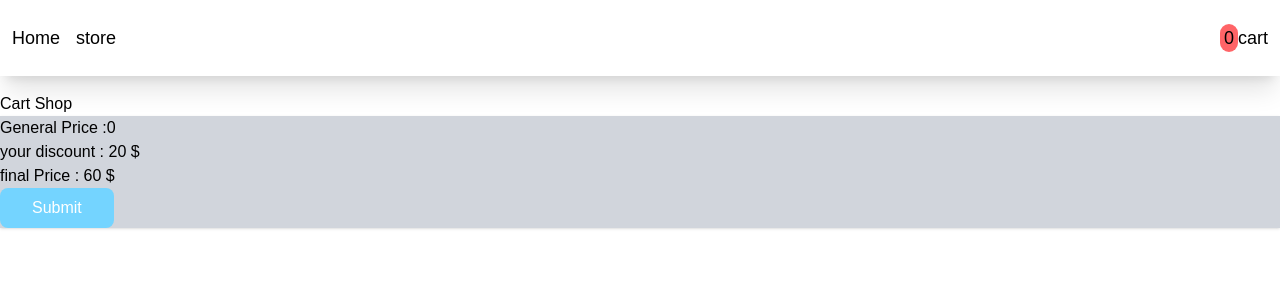
Repository: Rohullah-Noori/Nextjs-online-shop
Page: /cart
These files come from the project's save history. The page is drawn as it stood at one moment and after the next save; the edit follows.
The browser window is 1280 px wide. The pictures show the whole page.
The project was rebuilt for these pictures with package versions that can differ from the ones it lists, and the page was loaded fresh each time. The framework's server and built-in components were replaced by stand-ins that run in the browser. Requests to the local data server were answered from the project's data file. Also part of the build but not shown: next.config.ts, src/app/components/AddToCart.tsx, src/app/components/CartItem.tsx.

Above is the page before, as saved 2025-05-13 16:21:57.

### src/app/cart/page.tsx
"use client";

import React, { useEffect, useState } from "react";
import Container from "../components/Container";
import CartItem from "../components/CartItem";
import { useShopingContextCustim } from "../context/page";
import axios from "axios";
import { IProductsProps } from "../components/Products";
import { formatNumber } from "@/utils/number";

export default function Cart() {
  const { cart } = useShopingContextCustim();

  const [data, setData] = useState<IProductsProps[]>([]);

  useEffect(() => {
    axios(`http://localhost:3004/products`).then((res) => {
      const { data } = res;
      setData(data);
    });
  }, []);

  console.log(data);

  return (
    <Container>
      <h1>Cart Shop</h1>
      {cart.map((item) => (
        <CartItem key={item.id} {...item} />
      ))}

      <div className="shadow bg-gray-300  gap-y-2 ">
        <p>
          General Price :
          <span>
            {formatNumber(
              cart.reduce((total, item) => {
                const selectedproduct = data.find(
                  (product) => product.id == item.id.toString()
                );
                return total + (selectedproduct?.price ?? 0) * item.qty;
              }, 0)
            )}
          </span>
        </p>
        <p>
          your discount : <span>20 $</span>{" "}
        </p>
        <p>
          final Price : <span>60 $</span>
        </p>
        <div className=" flex justify-start gap-x-3">
          <button className=" px-8 py-2 rounded-lg bg-sky-300 text-white">
            Submit
          </button>
          {/* <input
            type="text"
            value={"please enter your discount code"}
            className="w-[300px] bg-sky-50 rounded-lg px-3 text-gray-400"
          /> */}
        </div>
      </div>
    </Container>
  );
}

### src/app/components/Layout.tsx
import React from "react";
import Navbar from "./Navbar";

interface IlayoutProps {
  children: React.ReactNode;
}

export default function Layout({ children }: IlayoutProps) {
  return (
    <div>
      <Navbar />
      {children}
    </div>
  );
}

### src/app/context/page.tsx
"use client";
import React, { createContext, useContext, useState } from "react";

type IshopContextProps = {
  children: React.ReactNode;
};

type cartItems = {
  id: number;
  qty: number;
};

type TshopingContext = {
  cart: cartItems[];
  HandleincreasetoCard: (id: number) => void;
  getProductqty: (id: number) => number;
  totalitemsqty: number;
  handledecreasetoCard: (id: number) => void;
  RemovehandleSubmit: (id: number) => void;
};

const shopingContext = createContext({} as TshopingContext);

export const useShopingContextCustim = () => {
  return useContext(shopingContext);
};

export default function ConextShop({ children }: IshopContextProps) {
  const [cart, setCart] = useState<cartItems[]>([]);

  const getProductqty = (id: number) => {
    return cart.find((item) => item.id == id)?.qty ?? 0;
  };

  const totalitemsqty = cart.reduce((totalgqty, item) => {
    return totalgqty + item.qty;
  }, 0);

  const HandleincreasetoCard = (id: number) => {
    setCart((prev) => {
      const isnotExist = prev.find((item) => item.id === id) == null;
      if (isnotExist) {
        return [...prev, { id: id, qty: 1 }];
      } else {
        return prev.map((item) => {
          if (item.id == id) {
            return { ...item, qty: item.qty + 1 };
          } else {
            return item;
          }
        });
      }
    });
  };

  const handledecreasetoCard = (id: number) => {
    setCart((prev) => {
      const islastOne = prev.find((item) => item.id == id)?.qty == 1;
      if (islastOne) {
        return prev.filter((item) => item.id != id);
      } else {
        return prev.map((item) => {
          if (item.id == id) {
            return {
              ...item,
              qty: item.qty - 1,
            };
          } else {
            return item;
          }
        });
      }
    });
  };

  const RemovehandleSubmit = (id: number) => {
    setCart((prev) => {
      return prev.filter((item) => item.id != id);
    });
  };

  return (
    <shopingContext.Provider
      value={{
        cart,
        HandleincreasetoCard,
        getProductqty,
        totalitemsqty,
        handledecreasetoCard,
        RemovehandleSubmit,
      }}
    >
      {children}
    </shopingContext.Provider>
  );
}

### src/app/components/Container.tsx
import React from "react";
interface IContainerProps {
  children: React.ReactNode;
}

export default function Container({ children }: IContainerProps) {
  return <div className="container mx-auto">{children}</div>;
}

### src/utils/number.tsx
export function formatNumber(num: number) {
  return num.toString().replace(/\B(?=(\d{3})+(?!\d))/g, ",");
}

### src/app/components/Navbar.tsx
"use client";
import Link from "next/link";
import { usePathname } from "next/navigation";

import React from "react";
import Container from "./Container";
import { useShopingContextCustim } from "../context/page";

export default function Navbar() {
  const { totalitemsqty } = useShopingContextCustim();
  const pathname = usePathname();
  const navlinks = [
    {
      title: "Home",
      href: "/",
    },
    {
      title: "store",
      href: "/store",
    },
  ];

  return (
    <nav className="  flex p-3 mb-4 text-lg  shadow-xl  ">
      <Container>
        <div className="flex justify-between my-3 ">
          <div>
            {navlinks.map((item) => (
              <Link
                key={item.href}
                className={`mr-4 ${
                  pathname === item.href ? "text-sky-400" : ""
                }`}
                href={item.href}
              >
                {item.title}
              </Link>
            ))}
          </div>
          <div>
            <span className="bg-red-400 rounded-4xl p-1">{totalitemsqty}</span>
            <Link href="/cart">cart</Link>
          </div>
        </div>
      </Container>
    </nav>
  );
}

### database/db.json
{
  "products": [
    {
      "id": "1",
      "title": " Product 1",
      "price": 30,
      "description": "Kitchen sinks are essential for washing dishes, vegetables, and hands.\nKitchen lamps provide focused lighting for cooking and food preparation.\nCabinets store utensils, cookware, and pantry items in an organized way.\nCountertops offer space for chopping, mixing, and serving meals.\nStoves and ovens are central for cooking a variety of dishes.\nRefrigerators keep food fresh and beverages cold.\nThese materials make the kitchen functional, efficient, and enjoyable to use.",
      "image": "https://m.media-amazon.com/images/I/71r1BLOWnkL._AC_UF894,1000_QL80_.jpg"
    },
    {
      "id": "2",
      "title": " Product 2",
      "price": 10,
      "description": "Household cleaners like glass and ceramic cleaners help keep surfaces shiny and free from stains.\nThey remove dirt, grease, and bacteria, making the home healthier.\nGlass cleaners leave mirrors and windows streak-free and crystal clear.\nCeramic cleaners restore the shine of tiles and prevent mold growth.\nRegular use of these products extends the life of surfaces.\nThey also reduce unpleasant odors and leave a fresh scent.\nUsing the right cleaner makes cleaning faster and more effective.",
      "image": "https://media.istockphoto.com/id/510693044/photo/house-cleaning-product-on-wood-table.jpg?s=612x612&w=0&k=20&c=EZfeRCDgSMPnqG684zQBOqyNfDGx9JWTXS1Q2Lhrjy4="
    },
    {
      "id": "3",
      "title": " Product 3",
      "price": 20,

      "description": "Household cleaning tools like toothbrushes and bathroom brushes help maintain personal and home hygiene.\nToilet brushes are essential for keeping toilets clean and germ-free.\nShampoo is not only for hair but can also be used for gentle surface cleaning.\nCeramic cleaners remove stains and keep tiles shiny and fresh.\nKitchen floor cleaners remove grease and food residue for a safer cooking space.\nYard floor cleaners help",

      "image": "https://t3.ftcdn.net/jpg/01/91/32/34/360_F_191323402_W2ATUPr8dGHALHrvyX4WVlEDz4qXmmd9.jpg"
    },
    {
      "id": "4",
      "title": " Product 4",
      "price": 100,
      "description": "Bedroom essentials like pillows and beds provide comfort and support for restful sleep.\nSoft blankets and bed sheets add warmth and relaxation.\nCurtains help control light and add privacy to your room.\nClosets and drawers keep clothes and accessories organized.\nNightstands are useful for holding lamps, books, or phones.\nCarpets add a cozy feeling and reduce noise in the room.\nThese home materials make the bedroom more comfortable and functional.",
      "image": "https://a-static.besthdwallpaper.com/colorful-cartoon-design-with-open-door-and-household-items-wallpaper-1152x768-102826_36.jpg"
    },
    {
      "id": "5",
      "title": " Product 5",
      "price": 80,
      "description": "Chairs provide comfortable seating and come in various styles for different rooms.\nLamps add both light and ambiance, making spaces feel warm and inviting.\nWall art and paintings bring personality and color to your home.\nShelves and stands help organize books, plants, and decorative items.\nRugs define areas and add texture to floors.\nMirrors enhance light and make rooms appear more spacious.\nDecorations reflect your style and turn a house into a home.",
      "image": "https://plus.unsplash.com/premium_photo-1683133958062-12afa652a4fb?fm=jpg&q=60&w=3000&ixlib=rb-4.0.3&ixid=M3wxMjA3fDB8MHxzZWFyY2h8OXx8aG9tZSUyMGRlY29yfGVufDB8fDB8fHww"
    },
    {
      "id": "6",
      "title": " Product 6",
      "price": 5,
      "description": "Fruits are a natural source of vitamins, minerals, and fiber. They come in a variety of colors, shapes, and flavors. Eating fruits regularly helps boost your immune system. Some common fruits include apples, bananas, oranges, and grapes. Fruits are a delicious and healthy snack for any time of day.Many fruits grow on trees, bushes, or vines depending on the type. Tropical fruits like mangoes and pineapples thrive in warm climates.",

      "image": "https://t3.ftcdn.net/jpg/06/06/15/56/360_F_606155606_rFYHJP0uKgPNdpT3NoDbucxp0h38rlWb.jpg"
    }
  ]
}

Loaded but not shown: src/app/layout.tsx (common file); src/app/globals.css (common file)

After the next save:
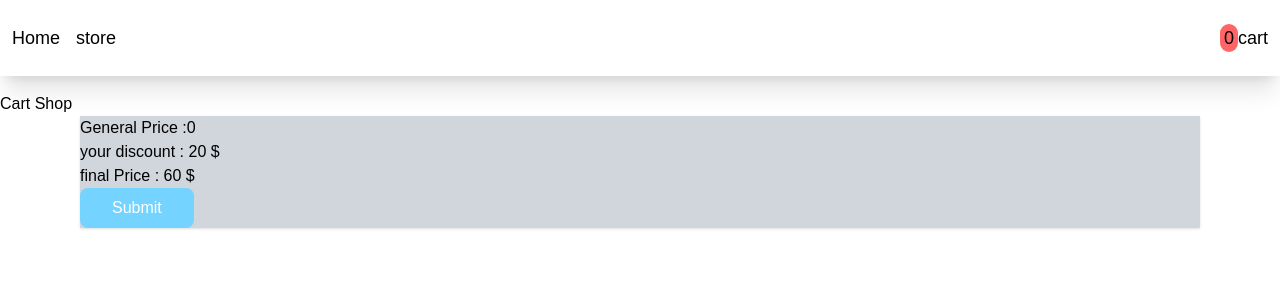
Saved 64 s later.
--- a/src/app/cart/page.tsx
+++ b/src/app/cart/page.tsx
@@ -29,7 +29,7 @@ export default function Cart() {
         <CartItem key={item.id} {...item} />
       ))}
 
-      <div className="shadow bg-gray-300  gap-y-2 ">
+      <div className="shadow bg-gray-300  gap-y-2 mx-20 ">
         <p>
           General Price :
           <span>
